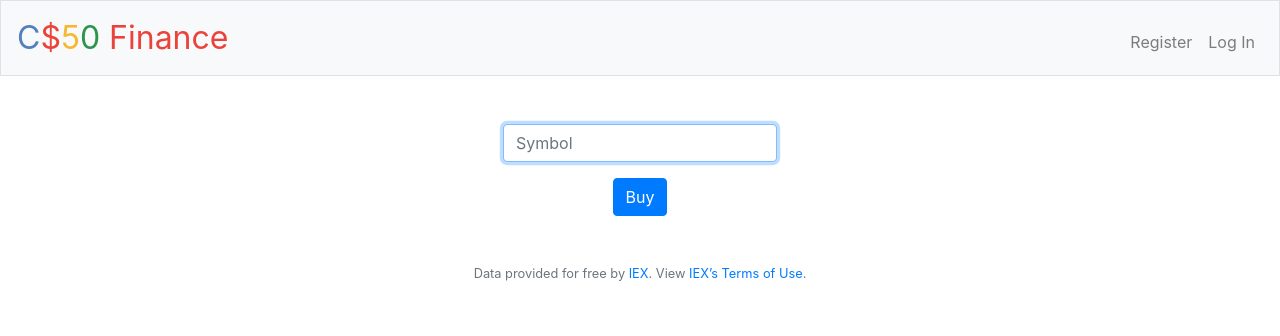
Repository: tavrora/cs50_ide
Page: pset8/finance/templates/buy.html
The author's editor kept a record of every edit. The page is drawn from the files as they stood at one moment, then again after the next edit.
The browser window is 1280 px wide. The pictures show the whole page.
The template is drawn by Flask 3. The application's start-up code is not run. The template is opened directly, without the code that normally fills it, so the values that code supplies are empty.

Above is the page before.

After the next edit:
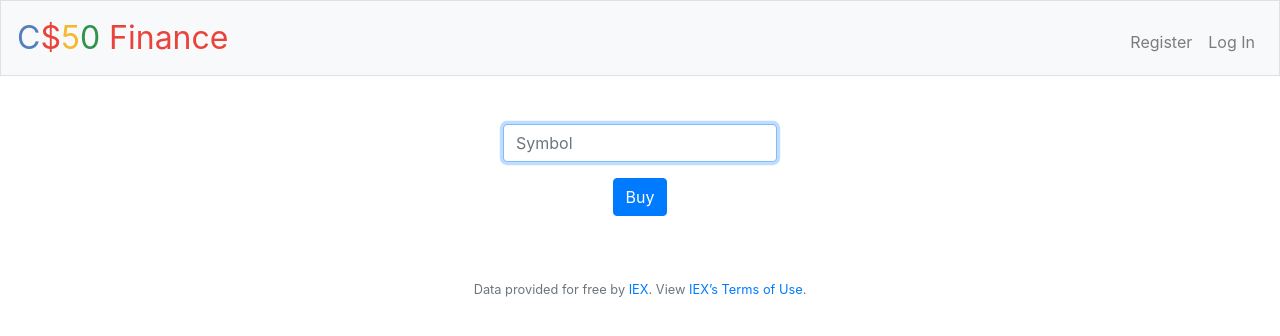
The edit:
--- a/pset8/finance/templates/buy.html
+++ b/pset8/finance/templates/buy.html
@@ -5,7 +5,8 @@
 {% endblock %}
 
 {% block main %}
-    <form action="/quote" method="post">
+    <form action="/buy" method="post">
+        <div class="form-group">
         <input autocomplete="off" autofocus class="form-control" name="symbol" placeholder="Symbol" type="text">
         <div class="form-group"></div>
         <button class="btn btn-primary" type="submit">Buy</button>

After the edit that followed:
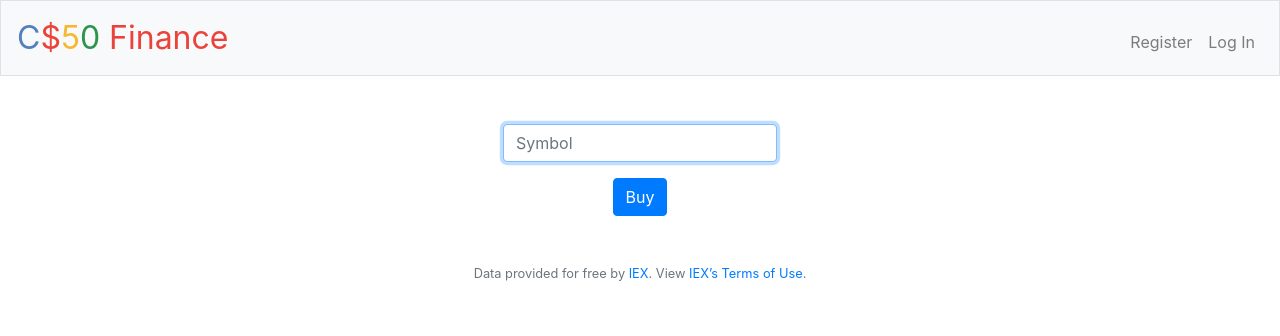
The edit:
--- a/pset8/finance/templates/buy.html
+++ b/pset8/finance/templates/buy.html
@@ -8,6 +8,8 @@
     <form action="/buy" method="post">
         <div class="form-group">
         <input autocomplete="off" autofocus class="form-control" name="symbol" placeholder="Symbol" type="text">
+        </div>
+
         <div class="form-group"></div>
         <button class="btn btn-primary" type="submit">Buy</button>
     </form>
